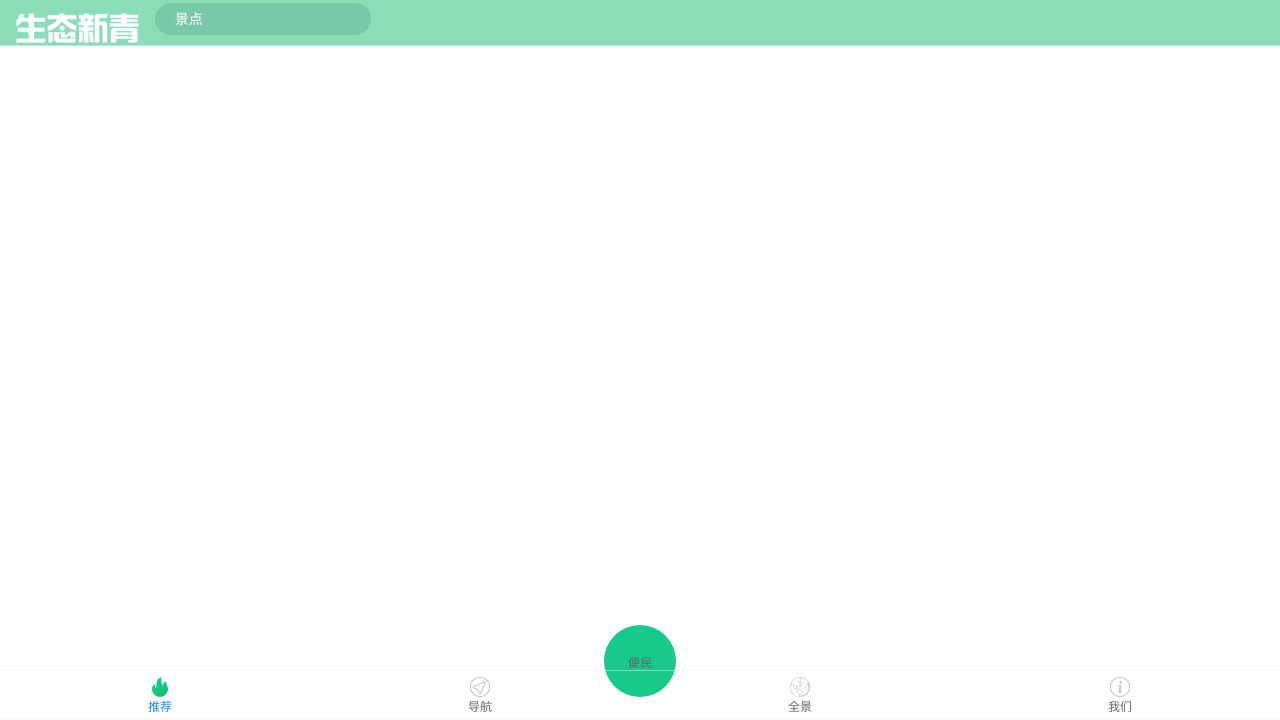
Repository: huye123/stcq
Page: /
An editor plug-in stored every save of this project. The page is shown before and after a run of saves, followed by the edit.
The browser window is 1280 px wide. The pictures show the whole page.
The project was rebuilt for these pictures with package versions that can differ from the ones it lists, and the page was loaded fresh each time. Also part of the build but not shown: src/components/search.vue.

Above is the page before, as saved 2019-06-28 16:38:30.

### index.html
<!DOCTYPE html>
<html>
  <head>
    <meta charset="utf-8">
    <meta name="viewport" content="width=device-width,initial-scale=1.0">
    <title>stcqapp</title>
  </head>
  <body>
    <div id="app"></div>
    <!-- built files will be auto injected -->
  </body>
</html>

### src/main.js
// The Vue build version to load with the `import` command
// (runtime-only or standalone) has been set in webpack.base.conf with an alias.
import Vue from 'vue'
import App from './App'
import router from './router'
import Vant from 'vant';
import 'vant/lib/index.css';
Vue.use(Vant)

Vue.config.productionTip = false

// require('src\style\index.less')
/* eslint-disable no-new */
new Vue({
  el: '#app',
  router,
  components: { App },
  template: '<App/>'
})

### src/App.vue
<template>
  <div id="app">
     <router-view/>
  <van-tabbar v-model="active">
  <van-tabbar-item >
    <span>推荐</span>
    <img
      slot="icon"
      slot-scope="props"
      :src="props.active ? icon.active : icon.normal"
    >
  </van-tabbar-item>
  <van-tabbar-item >
    <span>导航</span>
    <img
      slot="icon"
      slot-scope="search"
      :src="search.active ? icon.active1 : icon.navigation"
    >
  </van-tabbar-item>
  <van-tabbar-item  class="bianmin">
    <span>便民</span>
  </van-tabbar-item>
  <van-tabbar-item >
    <span>全景</span>
    <img
      slot="icon"
      slot-scope="panorama"
      :src="panorama.active ? icon.active3 : icon.panorama"
    >
  </van-tabbar-item>
  <van-tabbar-item >
    <span>我们</span>
    <img
      slot="icon"
      slot-scope="user"
      :src="user.active ? icon.active4 : icon.user"
    >
  </van-tabbar-item>
  <!-- <van-tabbar-item icon="search">标签</van-tabbar-item>
  <van-tabbar-item icon="setting-o">标签</van-tabbar-item>
  <van-tabbar-item icon="search">标签</van-tabbar-item> -->
</van-tabbar>
  </div>
</template>

<script>
export default {
  name: 'App',
  data() {
    return {
      active: 0,
      icon: {
        normal: 'static/image/tuijian-n.png',
        active: 'static/image/tuijian-s.png',
        navigation: 'static/image/daolan-n.png',
        active1: 'static/image/daolan-s.png',
        panorama: 'static/image/quanjing-n.png',
        active3: 'static/image/quanjing-s.png',
        user: 'static/image/women-n.png',
        active4: 'static/image/women-s.png'
      },
      //  iconNav: {
      //   normal: 'static/image/daolan-n.png',
      //   active: 'static/image/daolan-s.png'
      // }
    }
  },
}
</script>

<style>
#app {
  font-family: 'Avenir', Helvetica, Arial, sans-serif;
  -webkit-font-smoothing: antialiased;
  -moz-osx-font-smoothing: grayscale;
  text-align: center;
  color: #2c3e50;
  margin-top: 60px;
}
.bianmin{
      background: #18ca8a;
    border-radius: 50%;
    /* width: 100%; */
    height: 72px;
    width: 72px;
    position: absolute;
    top:  calc(-50% - 20px);
    left: calc(50% - 36px);

}
</style>

### src/router/index.js
import Vue from 'vue'
import Router from 'vue-router'
import HelloWorld from '@/components/HelloWorld'
import Search from '@/components/search'

Vue.use(Router)

export default new Router({
  routes: [
    {
      path: '/',
      name: 'HelloWorld',
      component: HelloWorld
    },
    {
      path: '@/components/search',
      name: 'search',
      meta: {
       title: '搜索',
      },
     }

  ]
})

### src/components/HelloWorld.vue
<template>
  <div class="hello">
    <van-nav-bar fixed class="index">
      <div slot="left">
        <!-- <span class="title">生态新青</span> -->
        <van-col span="8" class="logo">
          <img src="../../static/image/logo.png" alt="">
        </van-col>
        <router-link :to="{ name: '搜索'}">
          <van-col span="14" class="indexBtn" :offset="1">
            <button>景点</button>
          </van-col>
        </router-link>
      </div>
  <!-- <van-icon name="search" slot="right" /> -->
</van-nav-bar>
  </div>
</template>

<script>
export default {
  name: 'HelloWorld',
  data () {
    return {

    }
  }
}
</script>

<!-- Add "scoped" attribute to limit CSS to this component only -->

<style scoped>
 .index{
   background-color: rgba(25, 186, 117, 0.5);
   /* opacity: 0.5; */

 }
  .logo img{
     width: 100%;
      display: block;
      margin-top: 10px;

   }
   .indexBtn button{
     background-color:  rgba(105, 184, 153, 0.5);
     border: 0px;
     width: 100%;
     border-radius: 25px;
     line-height: 30px;
     color: #fff;
     text-align: left;
     padding-left: 20px;
   }

</style>

After the next 2 saves:
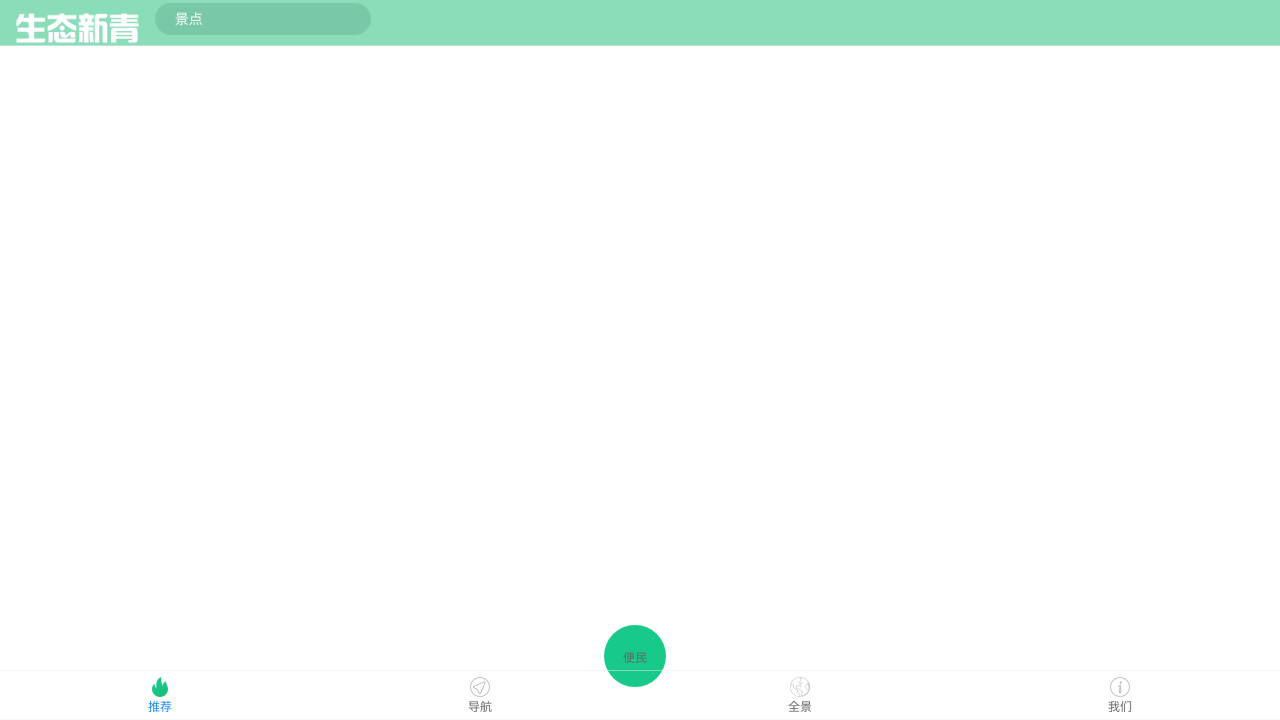
The 2 saves are shown as one change because they came seconds apart.
The last was saved 24 s later.
--- a/src/App.vue
+++ b/src/App.vue
@@ -82,8 +82,8 @@ export default {
       background: #18ca8a;
     border-radius: 50%;
     /* width: 100%; */
-    height: 72px;
-    width: 72px;
+    height: 62px;
+    width: 62px;
     position: absolute;
     top:  calc(-50% - 20px);
     left: calc(50% - 36px);
